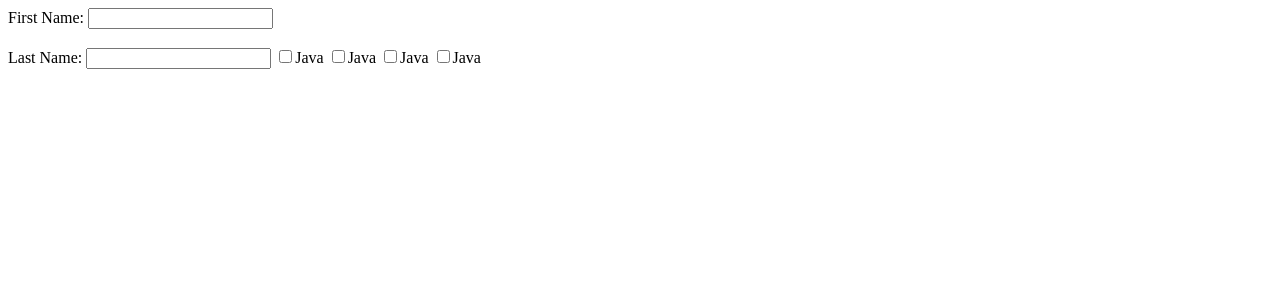
Repository: Vijay-Ky/JavaFSD-DSU
Page: projects/A_Simple_Database_Application_JDBC_JSP_Servlets/JSPReadingData/WebContent/student-checkbox-form.html
The author's editor kept a copy of each file at every save. The page is drawn from the files as they stood at one save, then again after the next save.
The browser window is 1280 px wide. The pictures show the whole page.

Above is the page before, as saved 2021-06-08 12:42:28.

### projects/A_Simple_Database_Application_JDBC_JSP_Servlets/JSPReadingData/WebContent/student-checkbox-form.html
<html>
	<head>
	<title>Student Registration Form</title>
	</head>
	<body>
		<form action="student-checkbox-response.jsp">
			First Name: <input type="text" name="firstname"/>
			<br/>
			<br/>
			Last Name: <input type="text" name="lastname"/>

			<input type="checkbox" name="favoriteLanguage" value="java">Java

			<input type="checkbox" name="favoriteLanguage" value="C#">Java

			<input type="checkbox" name="favoriteLanguage" value="python">Java

			<input type="checkbox" name="favoriteLanguage" value="sql">Java

		</form>
	</body>

</html>

After the next save:
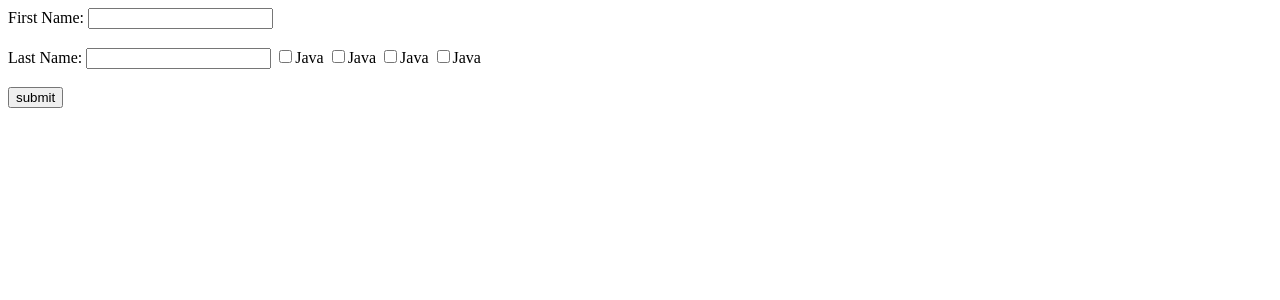
Saved 34 s later.
--- a/projects/A_Simple_Database_Application_JDBC_JSP_Servlets/JSPReadingData/WebContent/student-checkbox-form.html
+++ b/projects/A_Simple_Database_Application_JDBC_JSP_Servlets/JSPReadingData/WebContent/student-checkbox-form.html
@@ -17,6 +17,11 @@
 
 			<input type="checkbox" name="favoriteLanguage" value="sql">Java
 
+			<br/>
+			<br/>
+
+			<input type="submit" value="submit"/>
+
 		</form>
 	</body>
 
